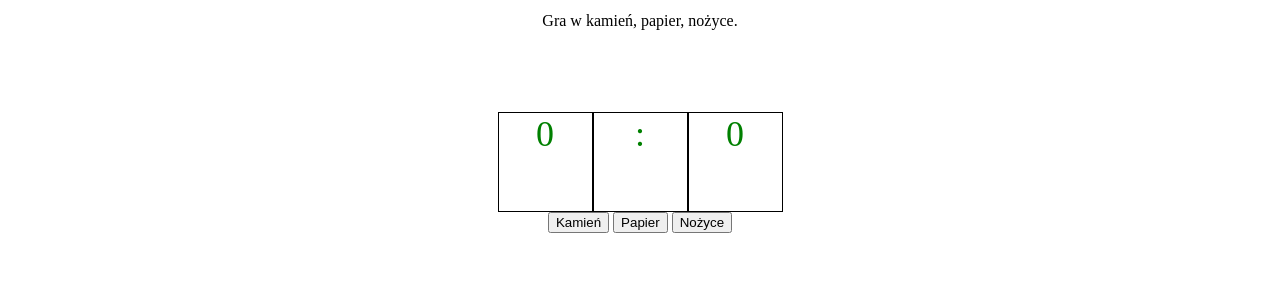
Repository: ulasup/javascript-prework
Page: index.html
These files come from the project's save history. The page is drawn as it stood at one moment and after the next save; the edit follows.
The browser window is 1280 px wide. The pictures show the whole page.
Some web libraries are served in a nearby version. The style sheet was rebuilt from its Sass, Less or Tailwind sources for each picture, by a compiler version that may differ from the author's.

Above is the page before, as saved 2020-12-12 17:21:18.

After the next save:
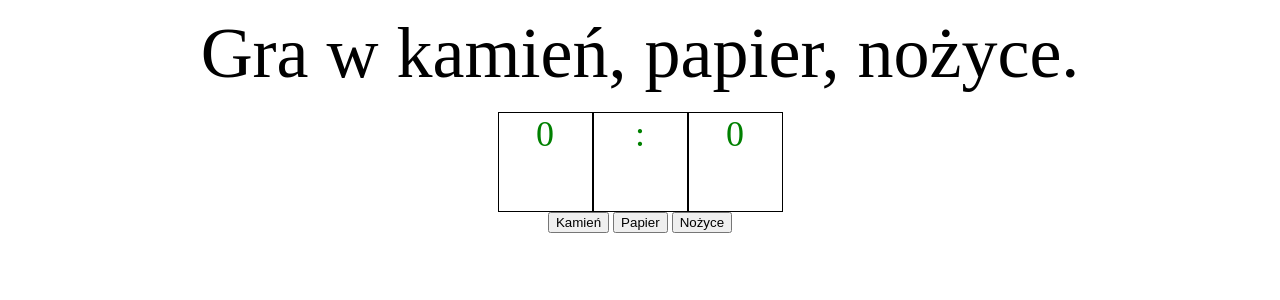
Saved 12 s later.
--- a/sass/style.scss
+++ b/sass/style.scss
@@ -4,6 +4,7 @@ body {
 }
 .header {
     min-height: 100px;
+    font-size: 72px;
 }
 .row {
     justify-content: center;
